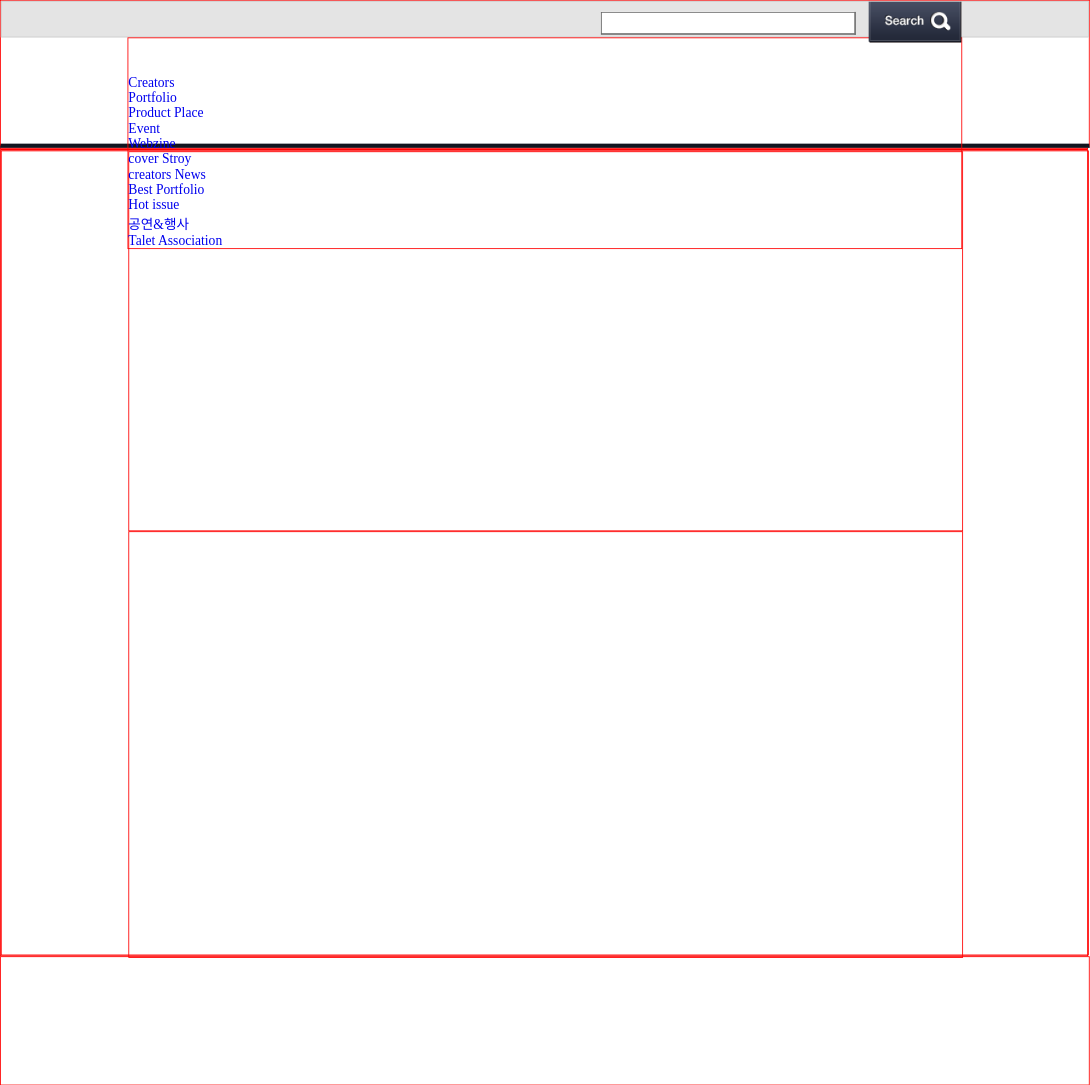
Repository: jungsoon-kim/home_study
Page: study/webzine.html
These files come from the project's save history. The page is drawn as it stood at one moment and after the next save; the edit follows.
The browser window is 1280 px wide. The page is 1282 px wide, so the pictures cover 1282 px, including what lies to the right of the window. The pictures show the whole page, at 85% of full size.

Above is the page before, as saved 2015-09-14 14:56:21.

### study/webzine.html
<!doctype html>
<html lang="en">
<head>
	<meta charset="UTF-8" />
	<title>Document</title>
	<link rel="stylesheet" href="common.css" />
</head>
<body>
	<div id="wrap">
		<div id="header" class="bd">
				<div class="header-top">
					<div class="wrap">
						<fieldset>
							<legend class="ir">검색하기</legend>
							<label for="search"> </label>
							<input type="text" id="search" />
							<input type="submit" value="검색하기" />
						</fieldset>
					</div><!--common wrap[ex]-->

				</div><!--header-top[ex]-->
			<div class="wrap bd">
				<h1><a href="#"><img src="images/cubebridge_logo.PNG" alt="cube bridge" /></a></h1>

				<ul class="gnb">
					<li><a href="#">Creators</a></li>
					<li><a href="#">Portfolio</a></li>
					<li><a href="#">Product Place</a></li>
					<li><a href="#">Event</a></li>
					<li><a href="#">Webzine</a>
						<ul class="gnb_hidden">
							<li><a href="#">cover Stroy</a></li>
							<li><a href="#">creators News</a>
								<ul>
									<li><a href="#">Best Portfolio</a></li>
									<li><a href="#">Hot issue</a></li>
								</ul>

							</li>
							<li><a href="#">공연&amp;행사</a></li>
							<li><a href="#">Talet Association</a></li>
						</ul>


					</li>
				</ul>


			</div><!--common wrap[ex]-->

		</div><!--header[ex]-->

		<div id="container" class="bd">

			<div id="visual" class="bd">


			</div><!--visual[ex]-->

			<div id="content" class="bd">
				<div class="wrap">
					<div class="article-top bd">

					</div><!--article-top[ex]-->

					<div class="article-down bd">

					</div><!--article-down[ex]-->

				</div><!--common wrap[ex]-->

			</div>

		</div><!--container[ex]-->

		<div id="footer" class="bd">
			<div class="wrap">


			</div><!--common wrap[ex]-->


		</div><!--footer[ex]-->


	</div><!--wrap[ex]-->


</body>
</html>

### study/common.css
*{margin: 0; padding: 0;}
ul,li {list-style-type: none;}
a {text-decoration: none;}
fieldset {border: 0 none;}
.clearfix:after {display:block; visibility:hidden; clear:both; height:0; content:'';}
.clearfix {*zoom:1;}
fieldset {border:0 none;}

.ir {width: 0; height: 0; font-size: 0; position:absolute; left:-999999px; top:-999999px; overflow:hidden;}
.bd {border:1px solid red;}
.bu {border: 1px solid blue;}
.by {border: 1px solid yellow;}
.bp { border:1px solid purple;}
.bb {border: 1px solid black;}
.bl {border:1px solid green;}

/*레이아웃*/
#wrap {width: 100%; height:auto; }
.wrap {width: 980px; margin: 0 auto;}
#header {width:100%; height:168px; border-bottom:5px #12151f solid;}
.header-top{height: 41px; background:#e4e4e4; border: 1px solid #cdcdcd;}
.header-top .wrap fieldset {float:right;}
.header-top .wrap fieldset input[type="text"] {width: 277px; height: 24px; padding:0 10px ;
 border-left: 1px solid #666; border-top: 1px solid #666; margin-right:11px; vertical-align:middle;}
.header-top .wrap fieldset input[type="submit"] {width: 109px; height: 48px; /*vertical-align:top;*/ border:0 none; background:url(images/search_box.PNG)no-repeat ; text-indent:-9999px;}
.wrap h1 {display:inline-block;  text-indent:-9999px;}
.wrap






#contaier {width: 100%; height:1280px;}
.visual {width: 100%; height: 335px;}
#content {width: 100%; height: 945px;}
.article-top {width: 980px; height:445px;}
.article-down {width: 980px; height:500px;}
#footer {width: 100%; height:150px}

After the next save:
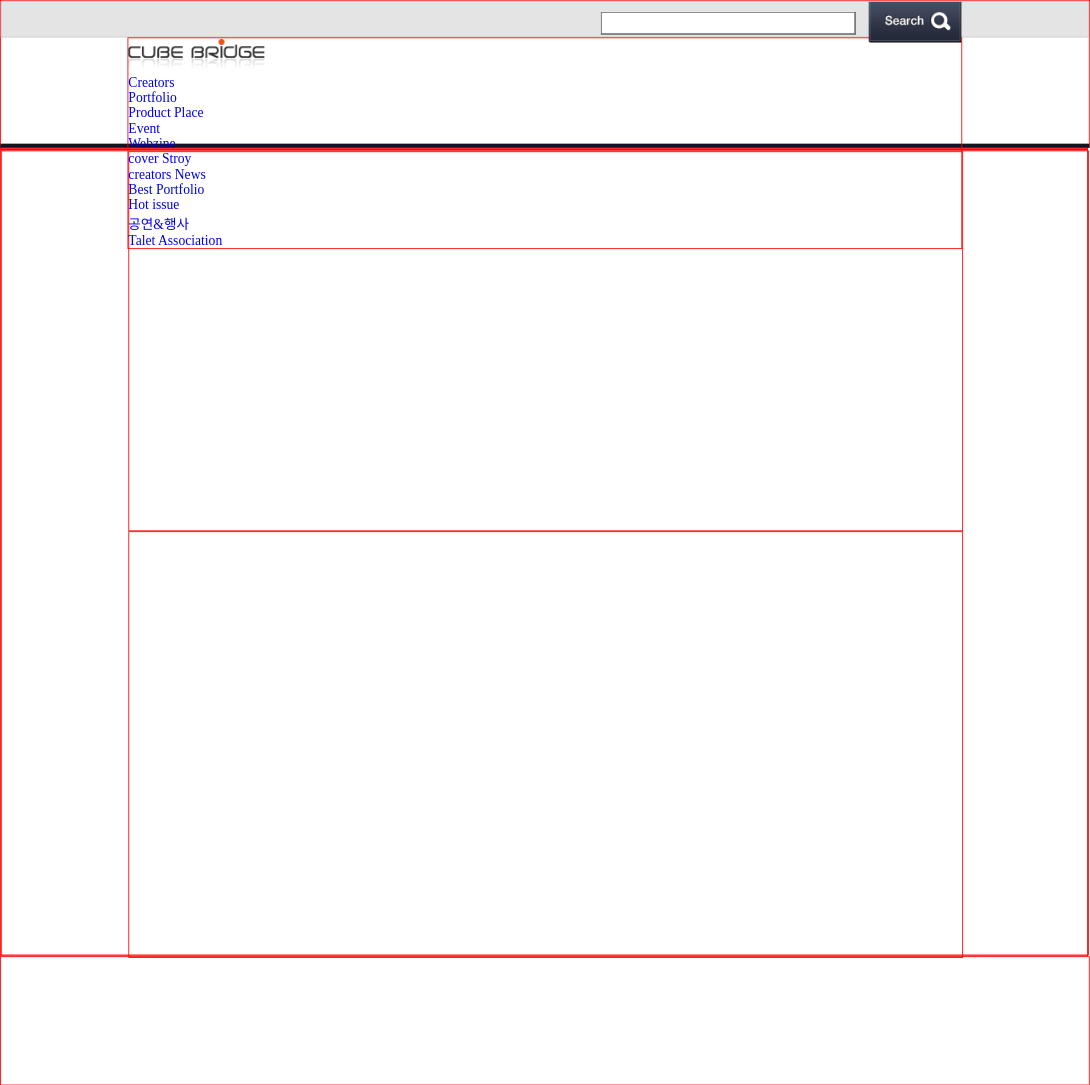
Saved 11 s later.
--- a/study/common.css
+++ b/study/common.css
@@ -23,7 +23,7 @@ fieldset {border:0 none;}
 .header-top .wrap fieldset input[type="text"] {width: 277px; height: 24px; padding:0 10px ;
  border-left: 1px solid #666; border-top: 1px solid #666; margin-right:11px; vertical-align:middle;}
 .header-top .wrap fieldset input[type="submit"] {width: 109px; height: 48px; /*vertical-align:top;*/ border:0 none; background:url(images/search_box.PNG)no-repeat ; text-indent:-9999px;}
-.wrap h1 {display:inline-block;  text-indent:-9999px;}
+.wrap h1 {display:inline-block;}
 .wrap
 
 
